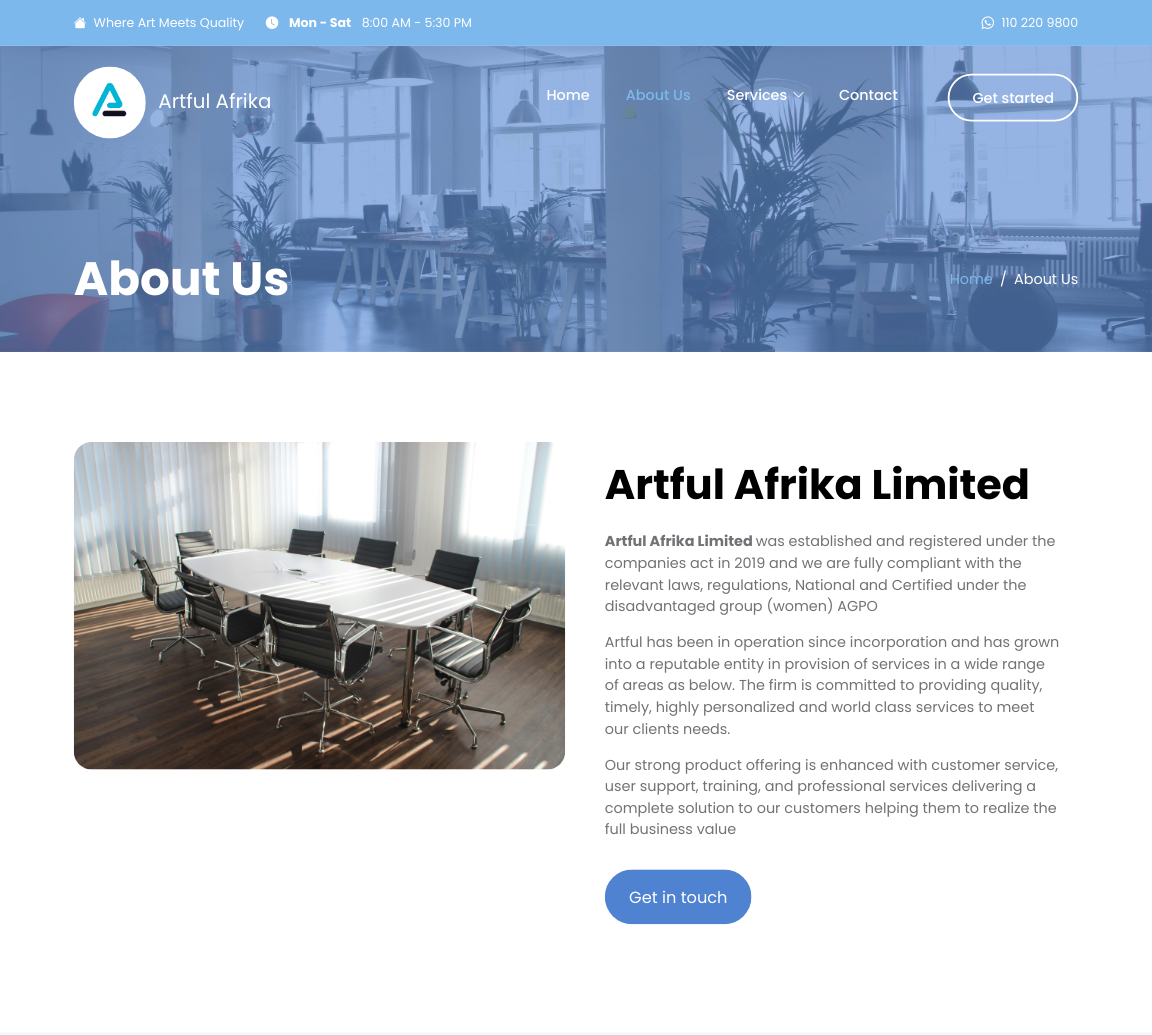
Repository: Jeremiahpdl-dev/Artfulafrika
Page: about.html
The author's editor kept a copy of each file at every save. The page is drawn from the files as they stood at one save, then again after the next save.
The browser window is 1280 px wide. The pictures show the part of the page from y = 0 to 1150 px (the page is 3054 px tall before and 2977 px after), at 90% of full size.
A picture or video elsewhere on the page could not be fetched, so the positions and the page height are approximate.

Above is the page before, as saved 2025-10-02 13:30:49.

### about.html
<!doctype html>
<html lang="en">
    <head>
        <meta charset="utf-8">
        <meta name="viewport" content="width=device-width, initial-scale=1">

        <meta name="description" content="">
        <meta name="author" content="">

        <title>About Us | Bootstrap 5 Theme</title>

        <!-- CSS FILES -->
        <link rel="preconnect" href="https://fonts.googleapis.com">

        <link rel="preconnect" href="https://fonts.gstatic.com" crossorigin>

        <link href="https://fonts.googleapis.com/css2?family=Poppins:ital,wght@0,400;0,500;0,700;1,400&display=swap" rel="stylesheet">

        <link href="css/bootstrap.min.css" rel="stylesheet">

        <link href="css/bootstrap-icons.css" rel="stylesheet">

        <link href="css/tooplate-clean-work.css" rel="stylesheet">


    </head>

    <body>

        <header class="site-header">
            <div class="container">
                <div class="row">

                    <div class="col-lg-12 col-12 d-flex flex-wrap">
                        <p class="d-flex me-4 mb-0">
                            <i class="bi-house-fill me-2"></i>
                            Where Art Meets Quality
                        </p>

                        <p class="d-flex d-lg-block d-md-block d-none me-4 mb-0">
                            <i class="bi-clock-fill me-2"></i>
                            <strong class="me-2">Mon - Sat</strong> 8:00 AM - 5:30 PM
                        </p>

                        <p class="site-header-icon-wrap text-white d-flex mb-0 ms-auto">
                            <i class="site-header-icon bi-whatsapp me-2"></i>

                            <a href="tel: 110-220-9800" class="text-white">
                                110 220 9800
                            </a>
                        </p>
                    </div>

                </div>
            </div>
        </header>

        <nav class="navbar navbar-expand-lg">
            <div class="container">
                <a class="navbar-brand" href="index.html">
                    <img src="images/bubbles.png" class="logo img-fluid" alt="">

                    <span class="ms-2">Artful Afrika</span>
                </a>

                <button class="navbar-toggler" type="button" data-bs-toggle="collapse" data-bs-target="#navbarNav" aria-controls="navbarNav" aria-expanded="false" aria-label="Toggle navigation">
                    <span class="navbar-toggler-icon"></span>
                </button>

                <div class="collapse navbar-collapse" id="navbarNav">
                    <ul class="navbar-nav ms-auto">
                        <li class="nav-item">
                            <a class="nav-link" href="index.html">Home</a>
                        </li>

                        <li class="nav-item">
                            <a class="nav-link active" href="about.html">About Us</a>
                        </li>

                        <li class="nav-item dropdown">
                            <a class="nav-link dropdown-toggle" href="#section_5" id="navbarLightDropdownMenuLink" role="button" data-bs-toggle="dropdown" aria-expanded="false">Services</a>

                            <ul class="dropdown-menu dropdown-menu-light" aria-labelledby="navbarLightDropdownMenuLink">
                                <li><a class="dropdown-item" href="Asset-Tagging.html">Asset Tagging</a></li>

                                <li><a class="dropdown-item" href="Graphics-Design.html">Graphics Design</a></li>

                                <li><a class="dropdown-item" href="Web-Design.html">Web Design</a></li>

                                <li><a class="dropdown-item" href="Event-Planning.html">Event Planning</a></li>

                                <li><a class="dropdown-item" href="Baking-Services.html">Baking Services</a></li>

                                <li><a class="dropdown-item" href="Grocery-Services.html">Grocery Supply</a></li>
                            </ul>
                        </li>

                        <li class="nav-item">
                            <a class="nav-link" href="contact.html">Contact</a>
                        </li>

                        <li class="nav-item ms-3">
                            <a class="nav-link custom-btn custom-border-btn custom-btn-bg-white btn" href="index.html">Get started</a>
                        </li>
                    </ul>
                </div>
            </div>
        </nav>

        <main>

            <section class="banner-section d-flex justify-content-center align-items-end">
                <div class="section-overlay"></div>

                <div class="container">
                    <div class="row">

                        <div class="col-lg-7 col-12">
                            <h1 class="text-white mb-lg-0">About Us</h1>
                        </div>

                        <div class="col-lg-4 col-12 d-flex justify-content-lg-end align-items-center ms-auto">
                            <nav aria-label="breadcrumb">
                                <ol class="breadcrumb justify-content-center">
                                    <li class="breadcrumb-item"><a href="index.html">Home</a></li>

                                    <li class="breadcrumb-item active" aria-current="page">About Us</li>
                                </ol>
                            </nav>
                        </div>

                    </div>
                </div>
            </section>


            <section class="section-padding">
                <div class="container">
                    <div class="row">

                        <div class="col-lg-6 col-12">
                            <img src="images/about2.jpg" class="featured-image img-fluid">
                        </div>

                        <div class="col-lg-6 col-12">
                            <div class="featured-block">
                                <h2 class="mb-4">Artful Afrika Limited</h2>

                                <p> <Strong> Artful Afrika Limited </Strong> was established and registered under the companies act in 2019 and we are fully compliant with the relevant laws, regulations, National and Certified under the disadvantaged group (women) AGPO</p>

                                <p>Artful has been in operation since incorporation and has grown into a reputable entity in provision of services in a wide range of areas as below. The firm is committed to providing quality, timely, highly personalized and world class services to meet our clients needs. </p>

                                <p>Our strong product offering is enhanced with customer service, user support, training, and professional services delivering a complete solution to our customers helping them to realize the full business value</p>

                                <a class="custom-btn btn button button--atlas mt-3" href="contact.html">
                                    <span>Get in touch</span>

                                    <div class="marquee" aria-hidden="true">
                                        <div class="marquee__inner">
                                            <span>Get in touch</span>
                                            <span>Get in touch</span>
                                            <span>Get in touch</span>
                                            <span>Get in touch</span>
                                        </div>
                                    </div>
                                </a>
                            </div>
                        </div>

                    </div>
                </div>
            </section>


            <section class="team-section section-padding section-bg">
                <div class="container">
                    <div class="row">

                        <div class="col-lg-12 col-12">
                            <h2 class="mb-4">Purpose</h2>
                        </div>

                        <div class="col-lg-3 col-md-6 col-12 mb-lg-0 mb-md-5">
                            <img src="images/teams/vision.jpg" class="team-image img-fluid">
                        </div>

                        <div class="col-lg-3 col-md-6 col-12 d-flex justify-content-lg-center mt-4 mt-lg-0 mt-md-0 mb-5 mb-lg-0">
                            <div class="team-info mx-auto mx-lg-0">
                                <h4 class="mb-2">Vision</h4>

                                <p>To achieve client satisfaction by supplying Quality Goods and Services in a timely manner to our clients</p>

                            </div>
                        </div>

                        <div class="col-lg-3 col-md-6 col-12">
                            <img src="images/teams/mission.png" class="team-image img-fluid">
                        </div>

                        <div class="col-lg-3 col-md-6 col-12 d-flex justify-content-lg-center mt-4 mt-lg-0 mt-md-0">
                            <div class="team-info mx-auto mx-lg-0">
                                <h4 class="mb-2">Mission</h4>

                                <p>To achieve client satisfaction by supplying Quality Goods and Services</p>

                            </div>
                        </div>

                    </div>
                </div>
            </section>

            <section class="section-padding">
                <div class="container">
                    <div class="row">

                        <div class="col-lg-6 col-12">
                            <div class="featured-block">
                                <h2 class="mb-4">Our Core Values</h2>

                                <p> <Strong>Dependability: </Strong> We will work timelessly to support your project(s). <br>
                                    <Strong>Flexibility: </Strong>A key business principle for success in difficult and demanding environment. <br>
                                    <Strong>Responsibility: </Strong>Complex environment require a proactive and responsive approach to business. <br>
                                    <Strong>Customer Satisfaction: </Strong>We are customer driven. The satisfaction of our customers’ needs is our inspiration. <br>
                                    <Strong>Passion: </Strong>it is at the heart of our company. We are continuously moving forward, innovating and improving. <br>
                                    <Strong>Transparency: </Strong>Clients are entitled to a clear understanding of what we do and how we do it</p>
                            </div>
                        </div>

                        <div class="col-lg-6 col-12">
                                <img src="images/core.jpg" class="featured-image img-fluid">
                        </div>

                    </div>
                </div>
            </section>

            <section class="partners-section">
                <div class="container">
                    <div class="row justify-content-center align-items-center">

                        <div class="col-lg-12 col-12">
                            <h4 class="partners-section-title bg-white shadow-lg">Trusted by companies</h4>
                        </div>

                        <div class="col-lg-2 col-md-4 col-6">
                            <img src="images/partners/toprak-leasing.svg" class="partners-image img-fluid">
                        </div>

                        <div class="col-lg-2 col-md-4 col-6">
                            <img src="images/partners/glorix.svg" class="partners-image img-fluid">
                        </div>

                        <div class="col-lg-2 col-md-4 col-6">
                            <img src="images/partners/woocommerce.svg" class="partners-image img-fluid">
                        </div>

                        <div class="col-lg-2 col-md-4 col-6">
                            <img src="images/partners/rolf-leasing.svg" class="partners-image img-fluid">
                        </div>

                        <div class="col-lg-2 col-md-4 col-6">
                            <img src="images/partners/unilabs.svg" class="partners-image img-fluid">
                        </div>

                    </div>
                </div>
            </section>
        </main>

        <footer class="site-footer">
            <div class="container">
                <div class="row">

                    <div class="col-lg-12 col-12 d-flex align-items-center mb-4 pb-2">
                        <div>
                            <img src="images/bubbles.png" class="logo img-fluid" alt="">
                        </div>

                        <ul class="footer-menu d-flex flex-wrap ms-5">
                            <li class="footer-menu-item"><a href="about.html" class="footer-menu-link">About Us</a></li>

                            <li class="footer-menu-item"><a href="blog.html" class="footer-menu-link">Blog</a></li>

                            <li class="footer-menu-item"><a href="contact.html" class="footer-menu-link">Contact</a></li>
                        </ul>
                    </div>

                    <div class="col-lg-5 col-12 mb-4 mb-lg-0">
                        <h5 class="site-footer-title mb-3">Our Services</h5>

                        <ul class="footer-menu">
                            <li class="footer-menu-item">
                                <a href="#" class="footer-menu-link">
                                    <i class="bi-chevron-double-right footer-menu-link-icon me-2"></i>
                                    Graphics Design
                                </a>
                            </li>

                            <li class="footer-menu-item">
                                <a href="#" class="footer-menu-link">
                                    <i class="bi-chevron-double-right footer-menu-link-icon me-2"></i>
                                    Grocery Supply
                                </a>
                            </li>

                            <li class="footer-menu-item">
                                <a href="#" class="footer-menu-link">
                                    <i class="bi-chevron-double-right footer-menu-link-icon me-2"></i>
                                    Event Planning
                                </a>
                            </li>

                            <li class="footer-menu-item">
                                <a href="#" class="footer-menu-link">
                                    <i class="bi-chevron-double-right footer-menu-link-icon me-2"></i>
                                    Asset Tagging
                                </a>
                            </li>

                            <li class="footer-menu-item">
                                <a href="#" class="footer-menu-link">
                                    <i class="bi-chevron-double-right footer-menu-link-icon me-2"></i>
                                    Web Design
                                </a>
                            </li>

                            <li class="footer-menu-item">
                                <a href="#" class="footer-menu-link">
                                    <i class="bi-chevron-double-right footer-menu-link-icon me-2"></i>
                                    Baking Services
                                </a>
                            </li>
                        </ul>
                    </div>

                    <div class="col-lg-4 col-md-6 col-12 mb-4 mb-lg-0 mb-md-0">
                        <h5 class="site-footer-title mb-3">Office</h5>

                        <p class="text-white d-flex mt-3 mb-2">
                            <i class="bi-geo-alt-fill me-2"></i>
                            Nairobi, Kenya
                        </p>

                        <p class="text-white d-flex mb-2">
                            <i class="bi-telephone-fill me-2"></i>

                            <a href="tel: 110-220-9800" class="site-footer-link">
                                110-220-9800
                            </a>
                        </p>

                        <p class="text-white d-flex">
                            <i class="bi-envelope-fill me-2"></i>

                            <a href="mailto:info@artfulafrika.com" class="site-footer-link">
                                info@artfulafrika.com
                            </a>
                        </p>

                        <ul class="social-icon mt-4">
                            <li class="social-icon-item">
                                <a href="#" class="social-icon-link button button--skoll">
                                    <span></span>
                                    <span class="bi-twitter"></span>
                                </a>
                            </li>

                            <li class="social-icon-item">
                                <a href="#" class="social-icon-link button button--skoll">
                                    <span></span>
                                    <span class="bi-facebook"></span>
                                </a>
                            </li>

                            <li class="social-icon-item">
                                <a href="#" class="social-icon-link button button--skoll">
                                    <span></span>
                                    <span class="bi-instagram"></span>
                                </a>
                            </li>
                        </ul>
                    </div>

                    <div class="col-lg-3 col-md-6 col-6 mt-3 mt-lg-0 mt-md-0">
                        <div class="featured-block">
                            <h5 class="text-white mb-3">Service Hours</h5>

                            <strong class="d-block text-white mb-1">Mon - Sat</strong>

                            <p class="text-white mb-3">8:00 AM - 5:30 PM</p>
                        </div>
                    </div>
                </div>
            </div>

            <div class="site-footer-bottom">
                <div class="container">
                    <div class="row">

                        <div class="col-lg-6 col-12">
                            <p class="copyright-text mb-0">Copyright © 2025 Artful Afrika Ltd.</p>
                        </div>

                        <div class="col-lg-6 col-12 text-end">
                            <p class="copyright-text mb-0">
                            // Designed by <a href="https://j3r3m16h.github.io/J3r3m1-h.github.io/" target="_parent">Jeremiah</a> //</p>
                        </div>

                    </div>
                </div>
            </div>
        </footer>

        <!-- JAVASCRIPT FILES -->
        <script src="js/jquery.min.js"></script>
        <script src="js/bootstrap.min.js"></script>
        <script src="js/jquery.backstretch.min.js"></script>
        <script src="js/counter.js"></script>
        <script src="js/countdown.js"></script>
        <script src="js/init.js"></script>
        <script src="js/modernizr.js"></script>
        <script src="js/animated-headline.js"></script>
        <script src="js/custom.js"></script>

    </body>
</html>

Loaded but not shown: css/bootstrap.min.css (library); css/bootstrap-icons.css (library); js/jquery.min.js (library); js/bootstrap.min.js (library); js/jquery.backstretch.min.js (library); js/modernizr.js (library); js/animated-headline.js (common file); js/counter.js (89 lines, source omitted); js/countdown.js (73 lines, source omitted); js/custom.js (39 lines, source omitted); js/init.js (14 lines, source omitted); css/tooplate-clean-work.css (1633 lines, source omitted)

After the next save:
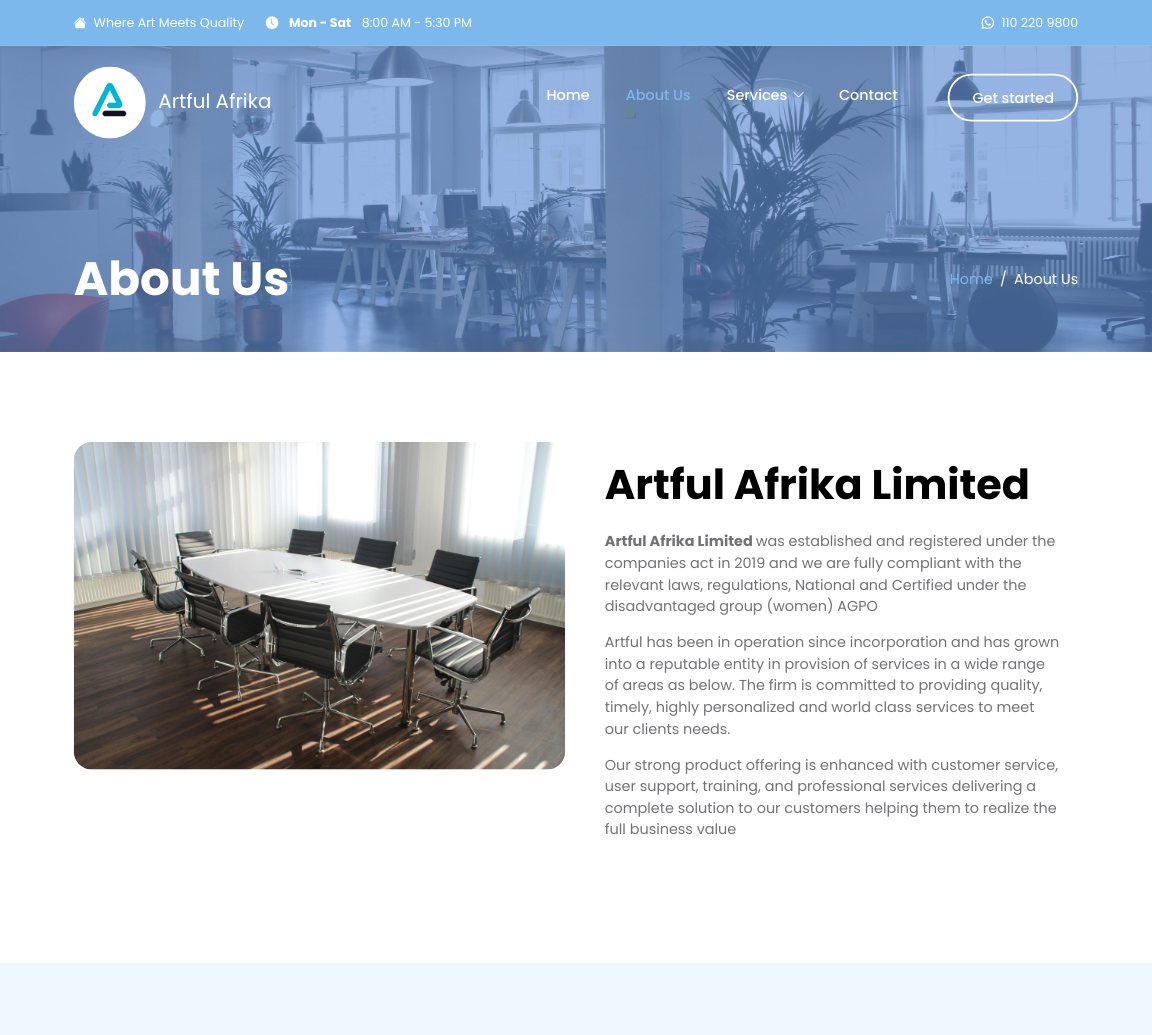
Saved 3 min 38 s later.
--- a/about.html
+++ b/about.html
@@ -152,18 +152,6 @@
 
                                 <p>Our strong product offering is enhanced with customer service, user support, training, and professional services delivering a complete solution to our customers helping them to realize the full business value</p>
 
-                                <a class="custom-btn btn button button--atlas mt-3" href="contact.html">
-                                    <span>Get in touch</span>
-
-                                    <div class="marquee" aria-hidden="true">
-                                        <div class="marquee__inner">
-                                            <span>Get in touch</span>
-                                            <span>Get in touch</span>
-                                            <span>Get in touch</span>
-                                            <span>Get in touch</span>
-                                        </div>
-                                    </div>
-                                </a>
                             </div>
                         </div>
 
